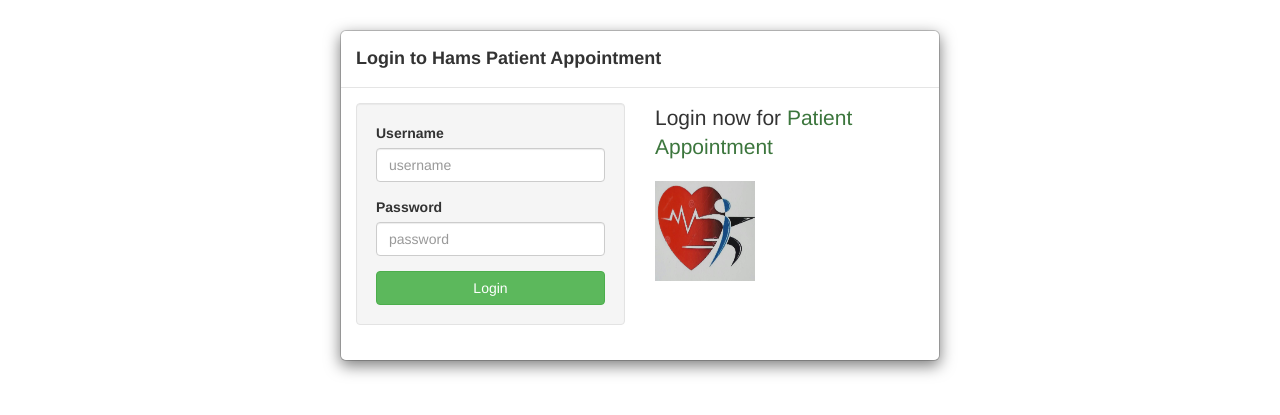
Repository: shiveshk/PullData
Page: http://localhost/Hams/
An editor plug-in stored every save of this project. The page is shown before and after the next save, followed by the edit.
The browser window is 1280 px wide. The pictures show the whole page.
The page is served by Tomcat 9. Nobody is signed in. The application's start-up code is not run. Other server files are loaded and not shown.

Above is the page before, as saved 2015-11-05 07:13:20.
Console error (its wording comes from the project's code and is left out).

### Hams/WebContent/index.jsp
<%@ page language="java" contentType="text/html; charset=ISO-8859-1"
    pageEncoding="ISO-8859-1"%>
<!DOCTYPE html>

<html>
<head>
<meta http-equiv="Content-Type" content="text/html; charset=ISO-8859-1">
<link rel="stylesheet" href="http://maxcdn.bootstrapcdn.com/bootstrap/3.3.5/css/bootstrap.min.css">
  <script src="http://maxcdn.bootstrapcdn.com/bootstrap/3.3.5/js/bootstrap.min.js"></script>
  <link rel="stylesheet" type="text/css" href="style.css"/>
<title>Login</title>
<style>

img {
	align: center;
	margin: auto;
	bottom: 100px;
    height: 100px;
    width: 100px;
}

</style>

</head>



<body>



    <div id="login-overlay" class="modal-dialog">
      <div class="modal-content">
          <div class="modal-header">
              <h4 class="modal-title" id="myModalLabel"><b>Login to Hams Patient Appointment </b></h4>
          </div>
          <div class="modal-body">
              <div class="row">
                  <div class="col-xs-6">
                      <div class="well">
                          <form id="loginForm" method="POST" action="LoginServlet">
                              <div class="form-group">
                                  <label for="username" class="control-label">Username</label>
                                  <input type="text" class="form-control" name="name" value=""  title="Please enter your username" placeholder="username">
                                  <span class="help-block"></span>
                              </div>

                              <div class="form-group">
                                  <label for="password" class="control-label">Password</label>
                                  <input type="password" class="form-control" name="password" placeholder="password" value="" title="Please enter your password">
                                  <span class="help-block"></span>
                              </div>

                              <button type="submit" value="login" name="submit" class="btn btn-success btn-block">Login</button>
                          </form>
                      </div>
                  </div>

                  <div class="col-xs-6">
                      <p class="lead">Login now for <span class="text-success">Patient Appointment</span></p>

                      <img src = "images/HAMSLogo.jpg" alt="hamslogo" />

                  </div>
                  </div>

      </div>
</div>
  </div>





</body>
</html>

### Hams/WebContent/style/style.css
@CHARSET "ISO-8859-1";
/* Basic Grey */
.basic-grey {
    margin-left:auto;
    margin-right:auto;
    max-width: 500px;
    background: #F7F7F7;
    padding: 25px 15px 25px 10px;
    font: 12px Georgia, "Times New Roman", Times, serif;
    color: #888;
    text-shadow: 1px 1px 1px #FFF;
    border:1px solid #E4E4E4;
}
.basic-grey h1 {
    font-size: 25px;
    padding: 0px 0px 10px 40px;
    display: block;
    border-bottom:1px solid #E4E4E4;
    margin: -10px -15px 30px -10px;;
    color: #888;
}
.basic-grey h1>span {
    display: block;
    font-size: 11px;
}
.basic-grey label {
    display: block;
    margin: 0px;
}
.basic-grey label>span {
    float: left;
    width: 20%;
    text-align: right;
    padding-right: 10px;
    margin-top: 10px;
    color: #888;
}
.basic-grey input[type="text"], .basic-grey input[type="email"], .basic-grey textarea, .basic-grey select {
    border: 1px solid #DADADA;
    color: #888;
    height: 30px;
    margin-bottom: 16px;
    margin-right: 6px;
    margin-top: 2px;
    outline: 0 none;
    padding: 3px 3px 3px 5px;
    width: 70%;
    font-size: 12px;
    line-height:15px;
    box-shadow: inset 0px 1px 4px #ECECEC;
    -moz-box-shadow: inset 0px 1px 4px #ECECEC;
    -webkit-box-shadow: inset 0px 1px 4px #ECECEC;
}
.basic-grey textarea{
    padding: 5px 3px 3px 5px;
}
.basic-grey select {
    background: #FFF url('down-arrow.png') no-repeat right;
    background: #FFF url('down-arrow.png') no-repeat right);
    appearance:none;
    -webkit-appearance:none;
    -moz-appearance: none;
    text-indent: 0.01px;
    text-overflow: '';
    width: 70%;
    height: 35px;
    line-height: 25px;
}
.basic-grey textarea{
    height:100px;
}
.basic-grey .button {
    background: #E27575;
    border: none;
    padding: 10px 25px 10px 25px;
    color: #FFF;
    box-shadow: 1px 1px 5px #B6B6B6;
    border-radius: 3px;
    text-shadow: 1px 1px 1px #9E3F3F;
    cursor: pointer;
}
.basic-grey .button:hover {
    background: #CF7A7A
}

After the next save:
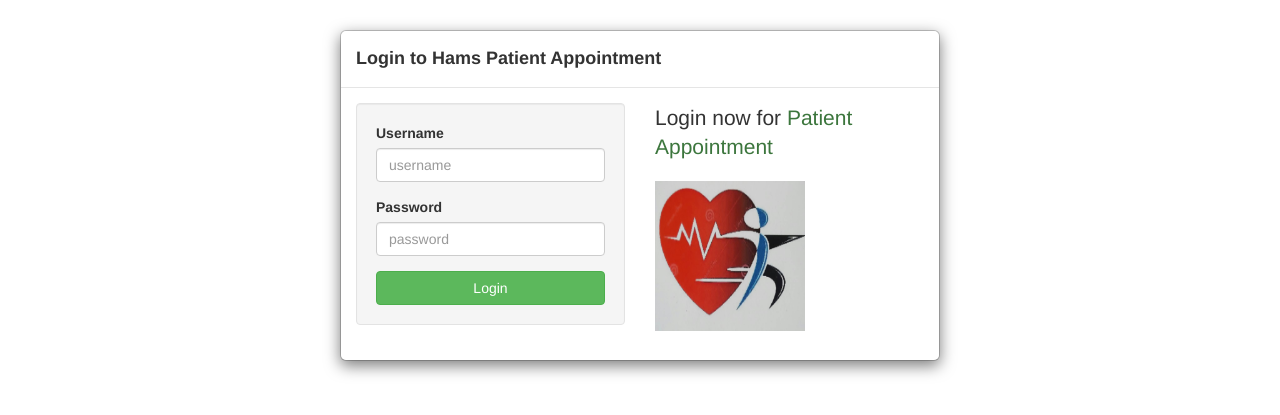
Saved 27 s later.
--- a/Hams/WebContent/index.jsp
+++ b/Hams/WebContent/index.jsp
@@ -15,8 +15,8 @@ img {
 	align: center;
 	margin: auto;
 	bottom: 100px;
-    height: 100px;
-    width: 100px;
+    height: 150px;
+    width: 150px;
 }
 
 </style>
